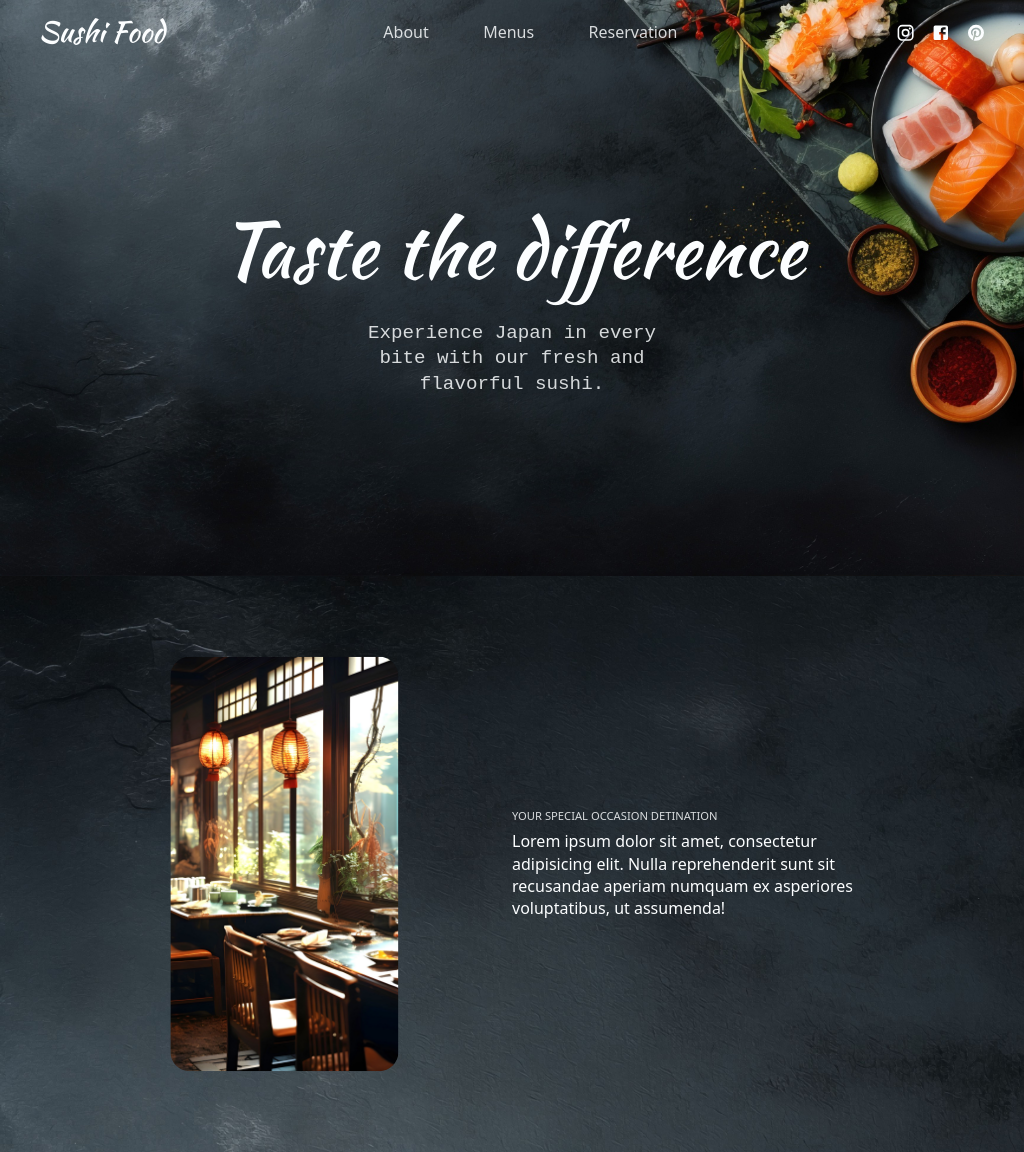
Repository: Adrien-legeleu/sushi-food
Page: /
An editor plug-in stored every save of this project. The page is shown before and after the next save, followed by the edit.
The browser window is 1280 px wide. The pictures show the whole page, at 80% of full size.
Some web fonts or font styles are not loaded; a fallback is used. The project was rebuilt for these pictures with package versions that can differ from the ones it lists, and the page was loaded fresh each time. Also part of the build but not shown: vite.config.ts.

Above is the page before, as saved 2024-04-29 19:45:45.

After the next save:
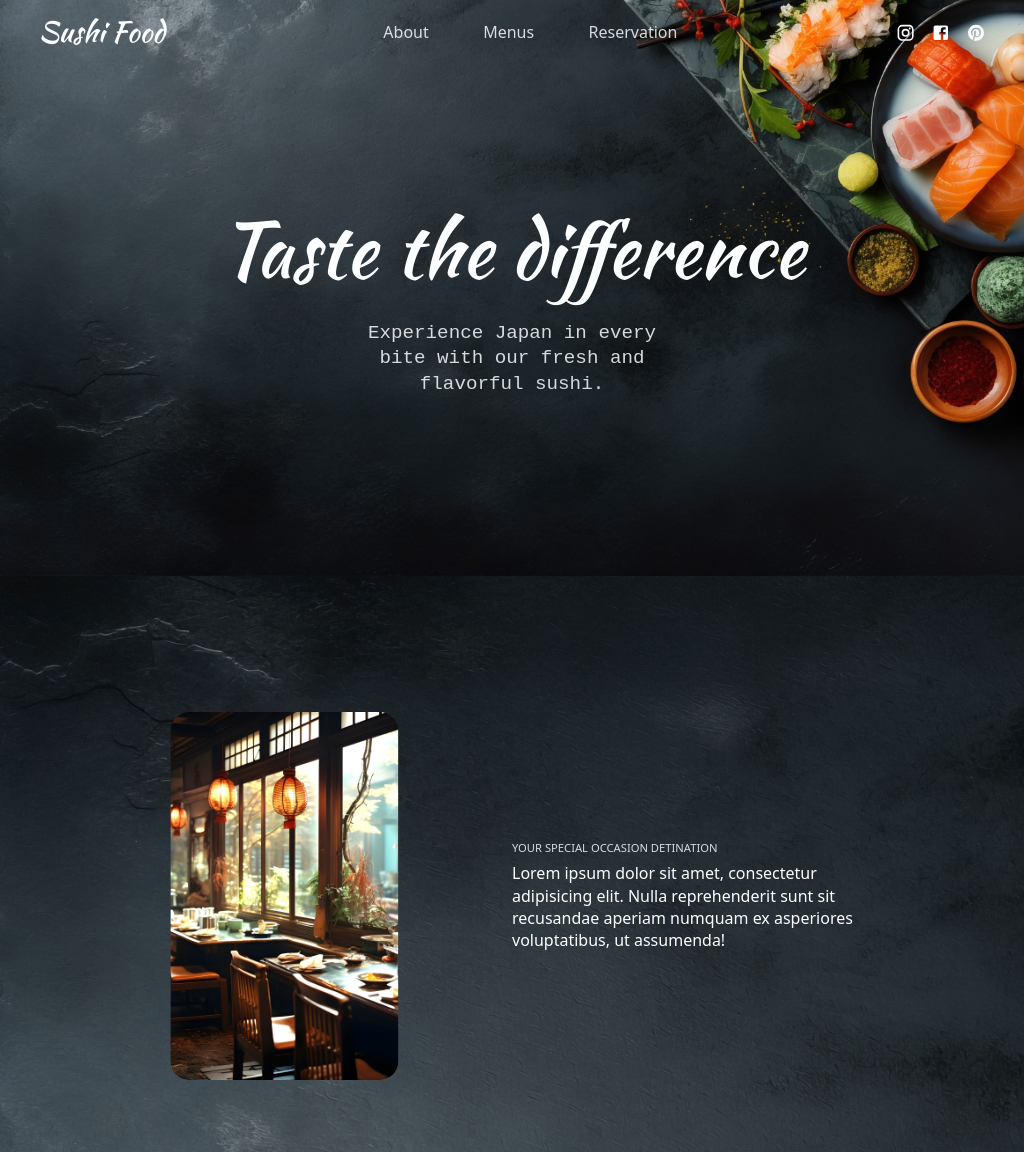
Saved 14 s later.
--- a/src/Components/About.tsx
+++ b/src/Components/About.tsx
@@ -1,6 +1,6 @@
 export const About =()=>{
     return(
-        <div className="h-screen w-full bg-[url('././assets/fond.jpeg')]  bg-cover bg-center relative flex items-center justify-center ">
+        <div className="h-screen w-full pt-20 bg-[url('././assets/fond.jpeg')]  bg-cover bg-center relative flex items-center justify-center ">
             {/* <div className="absolute w-3/4 h-3/4  -top-1/2 left-0">
                 <img className="w-full h-full object-contain" src="" alt="cerisier" />
             </div> */}

After the save that followed:
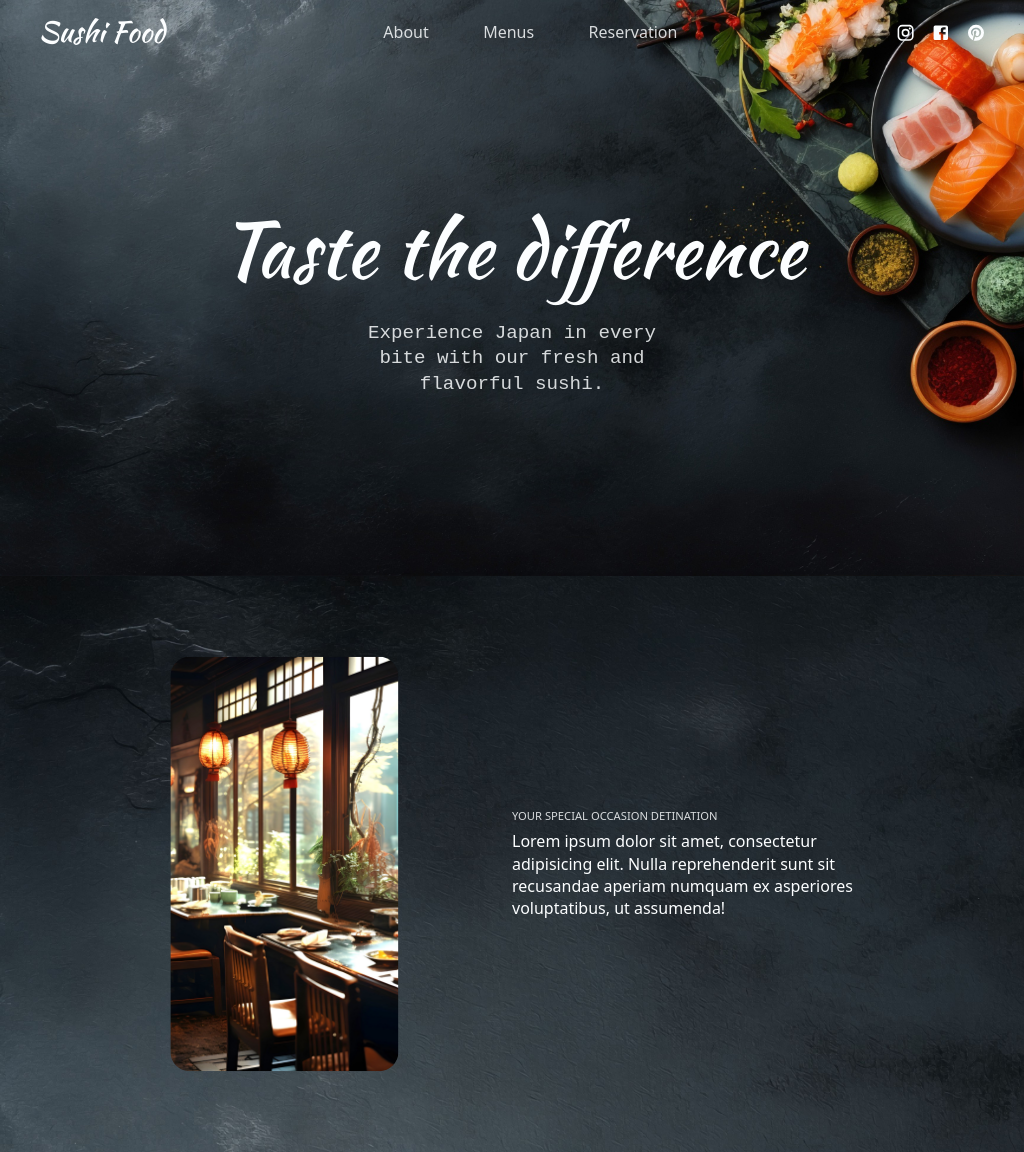
Saved 6 s later.
--- a/src/Components/About.tsx
+++ b/src/Components/About.tsx
@@ -1,6 +1,6 @@
 export const About =()=>{
     return(
-        <div className="h-screen w-full pt-20 bg-[url('././assets/fond.jpeg')]  bg-cover bg-center relative flex items-center justify-center ">
+        <div className="h-screen w-full  bg-[url('././assets/fond.jpeg')]  bg-cover bg-center relative flex items-center justify-center ">
             {/* <div className="absolute w-3/4 h-3/4  -top-1/2 left-0">
                 <img className="w-full h-full object-contain" src="" alt="cerisier" />
             </div> */}
